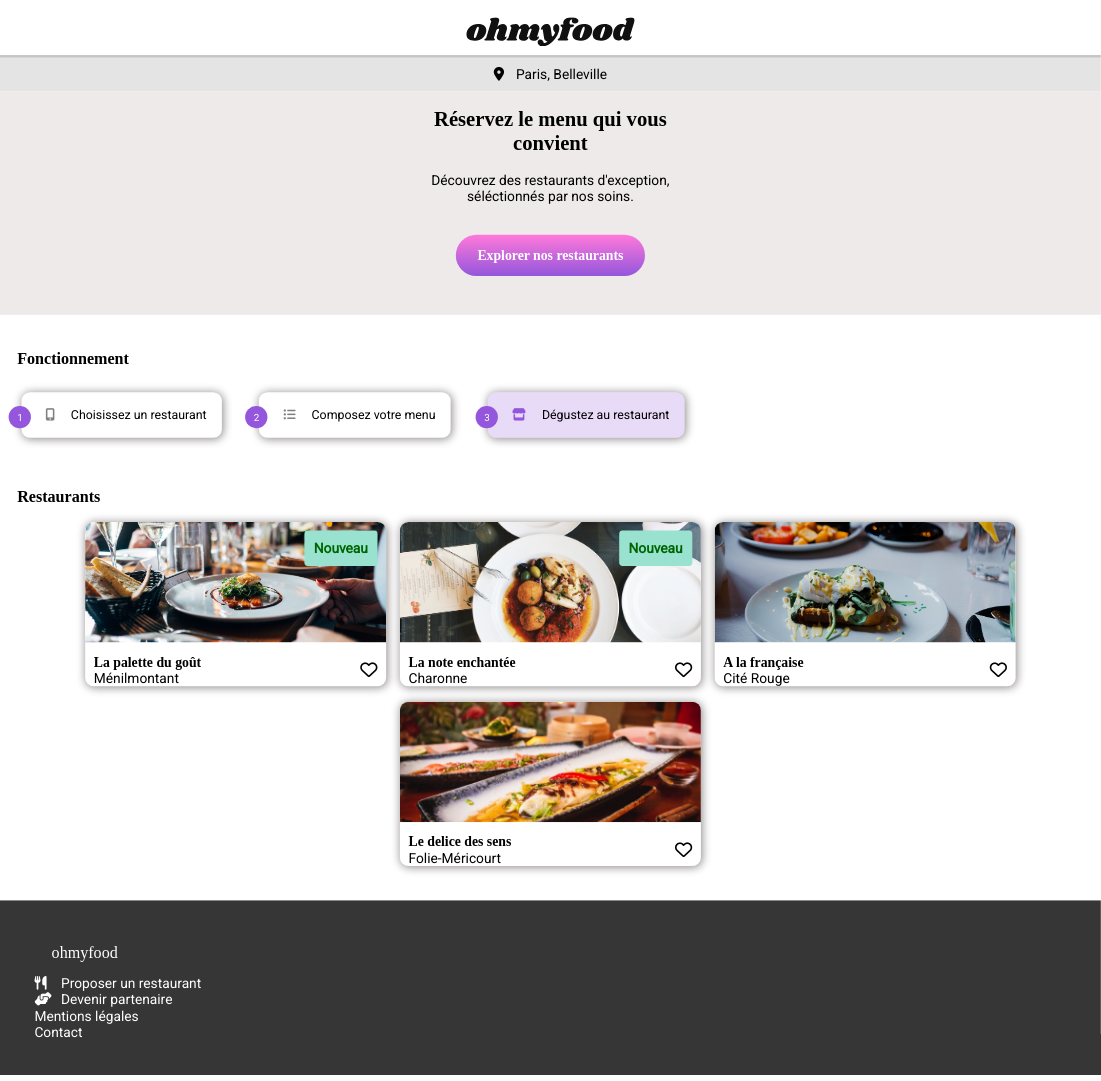
Repository: Micka-17/boimickael_3_16042021
Page: index.html
An editor plug-in stored every save of this project. The page is shown before and after the next save, followed by the edit.
The browser window is 1280 px wide. The pictures show the whole page, at 86% of full size.
Some web fonts or font styles are not loaded; a fallback is used. Some web libraries are served in a nearby version. The style sheet was rebuilt from its Sass, Less or Tailwind sources for each picture, by a compiler version that may differ from the author's.

Above is the page before, as saved 2021-05-25 09:08:03.

### index.html
<!DOCTYPE html>
<html lang="en">
<head>
    <meta charset="UTF-8">
    <meta http-equiv="X-UA-Compatible" content="IE=edge">
    <meta name="viewport" content="width=device-width, initial-scale=1.0">
    <link rel="stylesheet" href="css/style.css">
    <script src="https://kit.fontawesome.com/7f2b024bdc.js" crossorigin="anonymous"></script>
    <title>OhMyFood</title>
</head>
<body>
    <div id="backgroundloader">
        <div id="loader">
        </div>
    </div>
    <header>
        <div id="logo">
            <img src="images/logo/ohmyfood@2x.svg" alt="OhMyFood">
        </div>
    </header>
    <section id="sec-1">
        <div id="top">
            <div id="paris">
                <p><i class="fas fa-map-marker-alt icon"></i> Paris, Belleville</p>
            </div>
            <div id="reservation">
                <h2 id="center-top1">Réservez le menu qui vous convient</h2>
                <p id="center-top2">Découvrez des restaurants d'exception, séléctionnés par nos soins.</p>
                <a id="btn" href="#sec-3">Explorer nos restaurants</a>
            </div>
        </div>
    </section>
    <section id="sec-2">
        <div class="fonctionnement">
            <h3 class="h3s">Fonctionnement</h3>
            <ul class="bolder">
                <li><p id="number1">1</p><i class="fas fa-mobile-alt icon-top"></i> Choisissez un restaurant</li>
                <li><p id="number2">2</p><i class="fas fa-list-ul icon-top"></i> Composez votre menu</li>
                <li id="li-3"><p id="number3">3</p><i class="fas fa-store icon-top-purple"></i> Dégustez au restaurant</li>
            </ul>
        </div>
    </section>
    <section id="sec-3">
        <h3 class="h3s">Restaurants</h3>
        <div class="choice">
            <a href="pages/la_palette_du_gout.html">
            <div class="card">
                <p class="nouveau">Nouveau</p>
                <img id="new" class="imga" src="images/restaurants/la_palette_du_gout.jpg" alt="la_palette_du_gout">
                <div class="resto">
                    <div>
                        <h4>La palette du goût</h4>
                        <p>Ménilmontant</p>
                    </div>
                    <div class="loveclcik">
                        <i class="far fa-heart love fa-lg"></i>
                        <i class="fas fa-heart loves3"></i>
                    </div>
                </div>
            </div>
            </a>
            <a href="pages/la_note_enchantee.html">
            <div class="card">
                <p class="nouveau">Nouveau</p>
                <img class="imga" src="images/restaurants/la_note_enchantee.jpg" alt="la_note_enchantee">
                <div class="resto">
                    <div>
                        <h4>La note enchantée</h4>
                        <p>Charonne</p>
                    </div>
                    <div class="loveclcik">
                        <i class="far fa-heart love fa-lg"></i>
                        <i class="fas fa-heart loves3"></i>
                    </div>
                </div>
            </div>
            </a>
            <a href="pages/a_la_francaise.html">
            <div class="card">
                <img class="imga" src="images/restaurants/a_la_française.jpg" alt="a_la_française">
                <div class="resto">
                    <div>
                        <h4>A la française</h4>
                        <p>Cité Rouge</p>
                    </div>
                    <div class="loveclcik">
                        <i class="far fa-heart love fa-lg"></i>
                        <i class="fas fa-heart loves3"></i>
                    </div>
                </div>
            </div>
            </a>
            <a href="pages/le_delice_des_sens.html">
            <div class="card">
                <img class="imga" src="images/restaurants/le_delice_des_sens.jpg" alt="le_delice_des_sens">
                <div class="resto">
                    <div>
                        <h4>Le delice des sens</h4>
                        <p>Folie-Méricourt</p>
                    </div>
                    <div class="loveclcik">
                        <i class="far fa-heart love fa-lg"></i>
                        <i class="fas fa-heart loves3"></i>
                    </div>
                </div>
            </div>
            </a>
        </div>
    </section>
    <section id="end">
        <footer>
            <div class="end-ul">
                <h3 id="logo-white">ohmyfood</h3>
                <div>
                    <p><i class="fas fa-utensils icon-footer"></i> Proposer un restaurant</p>
                    <p><i class="fas fa-hands-helping icon-footer"></i> Devenir partenaire</p>
                    <p>Mentions légales</p>
                    <a id="contact" href="mailto:contact@ohmyfood.com"><p>Contact</p></a>
                </div>
            </div>
        </footer>
    </section>
</body>
</html>

### sass/style.scss
@import "./directories/Utils/variables-mixin";
@import "./directories/Base/main.scss";



ul {
    font-family: 'Roboto', sans-serif;
    font-size: 0.9em;
    @media (min-width: 430px) {
        max-width: 450px;
    }
        @media (min-width: 1000px) {
            display: flex;
            min-width: 100%;
        }
}

#backgroundloader {
    position: absolute;
    top: 0;
    left: 0;
    background-color: $color3;
    min-width: 100%;
    height: 100vh;
    animation: loader2 5s;
    animation-fill-mode: both;
  }
#loader {
    position: absolute;
    height: 70px;
    top: 50%;
    right: 50%;
    bottom: 50%;
    left: 50%;
    width: 64px;
    height: 64px;
    border-radius: 50%;
    border: 6px solid rgb(255, 255, 255);
    border-color: $color1 transparent $color2 transparent;
    animation: lds-dual-ring 0.8s infinite, loader 5s;
    animation-delay: 0.2s;
    animation-fill-mode: both;
  }

#contact {
    color: white;
}

.spacediv p {
    font-family: 'Roboto', sans-serif;
    text-overflow: ellipsis;
    overflow: hidden;
    white-space: nowrap;
}

#logo {
    display: flex;
    justify-content: center;
    margin-top: 20px;
    margin-bottom: 10px;
}

#paris {
    display: flex;
    justify-content: center;
    border-top: solid 3px rgba(128, 128, 128, 0.301);
    min-width: 321px;
    padding-top: 10px;
    padding-bottom: 10px;
    background-color: rgba(128, 128, 128, 0.212);
        .icon {
            margin-right: 10px;
        }
}

#reservation {
    display: flex;
    justify-content: center;
    flex-direction: column;
    place-items: center;
    background-color: rgb(238, 234, 234);
    padding-bottom: 45px;
        #btn {
            @include btn();
                &:hover {
                    filter: brightness(1.10);
                    box-shadow: 0px 0px 10px 5px gray;
                }
        }
}

#center-top1 {
    text-align: center;
    margin-top: 20px;
    max-width: 350px;
}

#center-top2 {
    margin-top: 20px;
    margin-bottom: 20px;
    text-align: center;
    max-width: 350px;
}


.icon-top {
    color: gray;
    margin-right: 15px;
    margin-left: 10px;
}

.icon-top-purple {
    color: $color1;
    margin-right: 15px;
    margin-left: 10px;
}

#li-3 {
    background-color: #9256dc36;
}

li {
    background-color: #ffffff;
    border-radius: 10px;
    padding: 18px;
    margin: 18px;
    margin-left: 25px;
    box-shadow: 1px 1px 10px 1px rgb(151, 145, 145);
        #number1 {
            position: absolute;
            top: 462px;
            left: 10px;
            background-color: $color1;
            border-radius: 50px;
            padding: 6px 10px;
            font-size: 0.8em;
            color: white;
                @media (min-width: 1000px) {
                    top: 472px;
                    left: 10px;
                }
        }
            #number2 {
                position: absolute;
                top: 534px;
                left: 10px;
                background-color: $color1;
                border-radius: 50px;
                padding: 6px 10px;
                font-size: 0.8em;
                color: white;
                    @media (min-width: 1000px) {
                        top: 472px;
                        left: 285px;
                    }
            }
                #number3 {
                    position: absolute;
                    top: 607px;
                    left: 10px;
                    background-color: $color1;
                    border-radius: 50px;
                    padding: 6px 10px;
                    font-size: 0.8em;
                    color: white;
                        @media (min-width: 1000px) {
                            top: 472px;
                            left: 553px;
                        }
                }
}

.card {
    background-color: #ffffff;
    border-radius: 10px;
    padding: 0px;
    margin: 8px;
    box-shadow: 1px 1px 10px 1px rgb(151, 145, 145);
        @media (min-width: 375px) {
            min-width: 350px;
        }
}

.imga {
    object-fit: cover;
    border-radius: 10px 10px 0px 0px;
    min-width: 280px;
    max-height: 140px;
    min-height: 140px;
    @media (min-width: 375px) {
        min-width: 100%;
    }
    @media (min-width: 414px) {
        min-width: 100%;
    }
}
.card {
    position: relative;
}
.nouveau {
    position: absolute;
    padding: 0.7rem;
    border-radius: 0.25rem;
    color: darkgreen;
    font-weight: bold;
    right: 10px;
    top: 10px;
    background-color: #99e2d0;
}

.h3s {
    margin: 40px 0px 10px 20px;

}

.choice {
    display: flex;
    flex-direction: column;
    place-items: center;
        .resto {
            display: flex;
            justify-content: space-between;
            align-items: center;
            margin: 10px;
        }
            @media (min-width: 630px) {
                flex-wrap: wrap;
                flex-direction: row;
                justify-content: center;
            }
}


footer {
    margin-top: 30px;
    padding: 10px;
    background-color: rgb(54, 54, 54);
    color: white;
        #logo-white {
            font-family: 'Shrikhand', cursive;
            font-weight: 300;
            margin-bottom: 15px;
            margin-left: 20px;
            margin-top: 10px;
        }
            li {
                background-color: transparent;
                border-radius: 0;
                padding: 5px;
                margin-left: 20px;
                box-shadow: none;
                display: flex;
                margin-top: 5px;
                margin-bottom: 5px;
            }
                .icon-footer {
                    max-width: 2px;
                    max-height: 2px;
                    margin-right: 25px;
                }
                    @media (min-width:1000px) {
                        padding: 40px;
                    }
}


//pages 2

.img-top {
    min-width: 100%;
    max-height: 510px;
}

.arrow {
    position: absolute;
    left: 20px;
    top: 30px;
    color: rgba(0, 0, 0, 0.801);
}
#margtitle {
    margin-left: 15px;
    max-width: 220px;
}
img {
    object-fit: cover;
    max-width: 320px;
}
.titlemargall {
    margin-top: 30px;
    margin-left: 15px;
    border-bottom: solid rgba(55, 224, 55, 0.541);
    max-width: 30px;
}
#middle {
    position: absolute;
    top: 240px;
    min-width: 100%;
    min-height: 980px;
    background-color: rgb(231, 229, 229);
    border-radius: 20px 20px 0px 0;
    padding-top: 30px;
     .entrees {
        @include centre();
        @include capsule();
     }
        .bold {
            font-weight: bold;
            font-size: 1em;
        }
        .bolder {
            font-weight: bold;
            font-size: 0.6m;
                @media (min-width: 1000px) {
                    margin: 15px;
                }
        }
            p {
                font-size: 0.7em;
            }
                .loves1 {
                    position: absolute;
                    right: 15px;
                    color: gray
                }
}

.loves2 {
    display: none;
    opacity: 0;
    background: linear-gradient(0deg,#9356dc,#ff79da);
    background-clip: text;
    -webkit-background-clip: text;
    -moz-background-clip: text;
    -webkit-text-fill-color: transparent;
    position: absolute;
    right: 15px;
}
#margtitle:hover .loves2 {
    animation: fadeout;
    opacity: 1;
    animation-duration: .5s;
    display: inline-block;
    justify-content: center;
}

.loves3 {
    display: none;
    opacity: 0;
    background: linear-gradient(0deg,#9356dc,#ff79da);
    background-clip: text;
    -webkit-background-clip: text;
    -moz-background-clip: text;
    -webkit-text-fill-color: transparent;
    position: absolute;
    right: 8px;
    bottom: 18px;
}
.loveclcik:hover .loves3 {
    animation: fadeout2;
    opacity: 1;
    animation-duration: .5s;
    display: inline-block;
    justify-content: center;
    font-size: 1.5em;
}

#entrees {
    animation: slideup 1s;
    animation-duration: 1s;
}
#plats {
    animation: slideup 1s;
    animation-duration: 5s;
}
#desserts {
    animation: slideup 1s;
    animation-duration: 8s;
}


.entrees, .plats, .desserts {
    cursor: pointer;
        @media (max-width:321px) {
            width: 300px;
        }
        @media (max-width:378px) {
            max-width: 100%;
        }
        @media (max-width:414px) {
            max-width: 100%;
        }
        @media (min-width: 1000px) {
            min-width: 30%;
            min-height: 90px;
            width: 100%;
        }
}

.spacediv {
    width: 100%;
    overflow: hidden;
    @include spacediv();
        @media (min-width: 1000px) {
            justify-content: space-evenly;
        }
}
.plats {
    @include capsule();
    @include centre();
}
.desserts {
    @include capsule();
    @include centre();
}

.responsive {
    @media (min-width: 1000px) {
        display: flex;
        justify-content: center;
    }
}

.responsive-entrees {
    @media (min-width: 1000px) {
        display: flex;
        justify-content: center;
        flex-wrap: wrap;
    }
}

#btnp2 {
    @include btn();
    margin-top: 40px;
        &:hover {
            filter: brightness(1.10);
            box-shadow: 0px 0px 10px 5px gray;
        }
         @media (min-width: 1000px) {
            margin-top: 150px;
         }
}

#placement-btn {
    display: flex;
    justify-content: center;
    place-items: center;
}

.end1 {
    position: absolute;
    top: 1151px;
    min-width: 100%;
}

#end {
    margin-bottom: 8px;
}

//page la note enchantee

 .align-price{
    display: flex;
    align-items: flex-end;
    margin-bottom: 8px;
    margin-right: 8px;
}

.check {
    width: 0px;
    transition-duration: 1s;
    font-size: 1.5em;
     & i {
        display: none;
        place-items: center;
        color: white;
     }
}

.entrees:hover .check {
    width: 90px;
    height: 51px;
    background-color: $color3;
    display: flex;
    justify-content: center;
    border-radius: 0 20% 20% 0;
        @media (max-width: 1000px) {
            width: 65px;
        }
            & .rotation {
                display: flex;
                place-items: center;
            }
                & .rond {
                    display: flex;
                    place-items: center;
                    transform-origin: center;
                    animation: spin;
                    animation-duration: 1s;
                }
                    @media (min-width: 1000px) {
                        height: 90px;
                        border-radius: 0 10% 10% 0;
                    }
}


.plats:hover .check {
    width: 90px;
    height: 51px;
    background-color: $color3;
    display: flex;
    justify-content: center;
    border-radius: 0 20% 20% 0;
        @media (max-width: 1000px) {
            width: 65px;
        }
            & .rotation {
                display: flex;
                place-items: center;
            }
                & .rond {
                    display: flex;
                    place-items: center;
                    transform-origin: center;
                    animation: spin;
                    animation-duration: 1s;
                }
                    @media (min-width: 1000px) {
                        height: 90px;
                        border-radius: 0 10% 10% 0;
                    }
}

.desserts:hover .check {
    width: 90px;
    height: 51px;
    background-color: $color3;
    display: flex;
    justify-content: center;
    border-radius: 0 20% 20% 0;
        @media (max-width: 1000px) {
            width: 65px;
        }
            & .rotation {
                display: flex;
                place-items: center;
            }
                & .rond {
                    display: flex;
                    place-items: center;
                    transform-origin: center;
                    animation: spin;
                    animation-duration: 1s;
                }
                    @media (min-width: 1000px) {
                        height: 90px;
                        border-radius: 0 10% 10% 0;
                    }
}

### sass/directories/Utils/_variables-mixin.scss
$color1: #9356DC;
$color2: #FF79DA;
$color3: #99E2D0;

@mixin centre {
    display: flex;
    justify-content: space-between;
}

@mixin capsule {
    background-color: whitesmoke;
    border-radius: 10px;
    box-shadow: 1px 1px 10px 1px rgb(226, 226, 226);
    margin: 10px;
    overflow: hidden;
}
 @mixin spacediv {
    min-height: 35px;
    display: flex;
    flex-direction: column;
    justify-content: space-between;
    padding: 8px;
 }
@mixin btn {
    background: linear-gradient($color2, $color1);
    border-radius: 50px;
    border: none;
    box-shadow: gray;
    color: white;
    font-weight: bold;
    max-width: 200px;
    min-width: 200px;
    margin-top: 15px;
    padding: 15px 10px;
    text-align: center;
    text-decoration: none
}

@keyframes fadein {
    from {
        transform: scaleX(0);
    }

    to {
        transform: scaleX(1);
    }
}

@keyframes fadeout {
    from {
        transform: scaleY(0);
    }

    to {
        transform: scaleY(1);
    }
}
@keyframes fadeout2 {
    from {
        transform: scale(0);
    }

    to {
        transform: scale(1.5);
    }
}

@keyframes spin {
    from {
        transform: rotate(0deg);
    } to {
        transform: rotate(360deg);
    }
}

@keyframes slideup {
    from {
        transform: translateY(50px);
        opacity: 0;
    }
    to {
        transform: translateY(0px);
        opacity: 1;
    }
}


 @keyframes lds-dual-ring {
    0% {
      transform: rotate(0deg);
    }
    50% {
        transform: rotate(180deg);
        opacity: 10%;
      }
    100% {
      transform: rotate(360deg);
    }
  }

@keyframes loader {
    0% {
    opacity: 100%;
    }
    99% {
        opacity: 100%;
    }
    100% {
        opacity: 100%;
        z-index: -1000;
    }
}

@keyframes loader2 {
    0% {
    opacity: 100%;
    z-index: 9999;
    }
    99% {
        opacity: 0;
        z-index: -1000;
    }
    100% {
        opacity: 0;
        z-index: -1000;
    }
}

### sass/directories/Base/main.scss
@import url('https://fonts.googleapis.com/css2?family=Roboto&family=Shrikhand&display=swap');

* {
    margin: 0;
    padding: 0;
    text-decoration: none;
    list-style-type: none;
}
#margtitle {
    font-family: Shrikhand;
    font-weight: 100;
    font-size: 1.2em;
}
p {
    font-family: 'Roboto', sans-serif;
}
a {
    text-decoration: none;
    list-style: none;
    color: rgb(0, 0, 0);
}

After the next save:
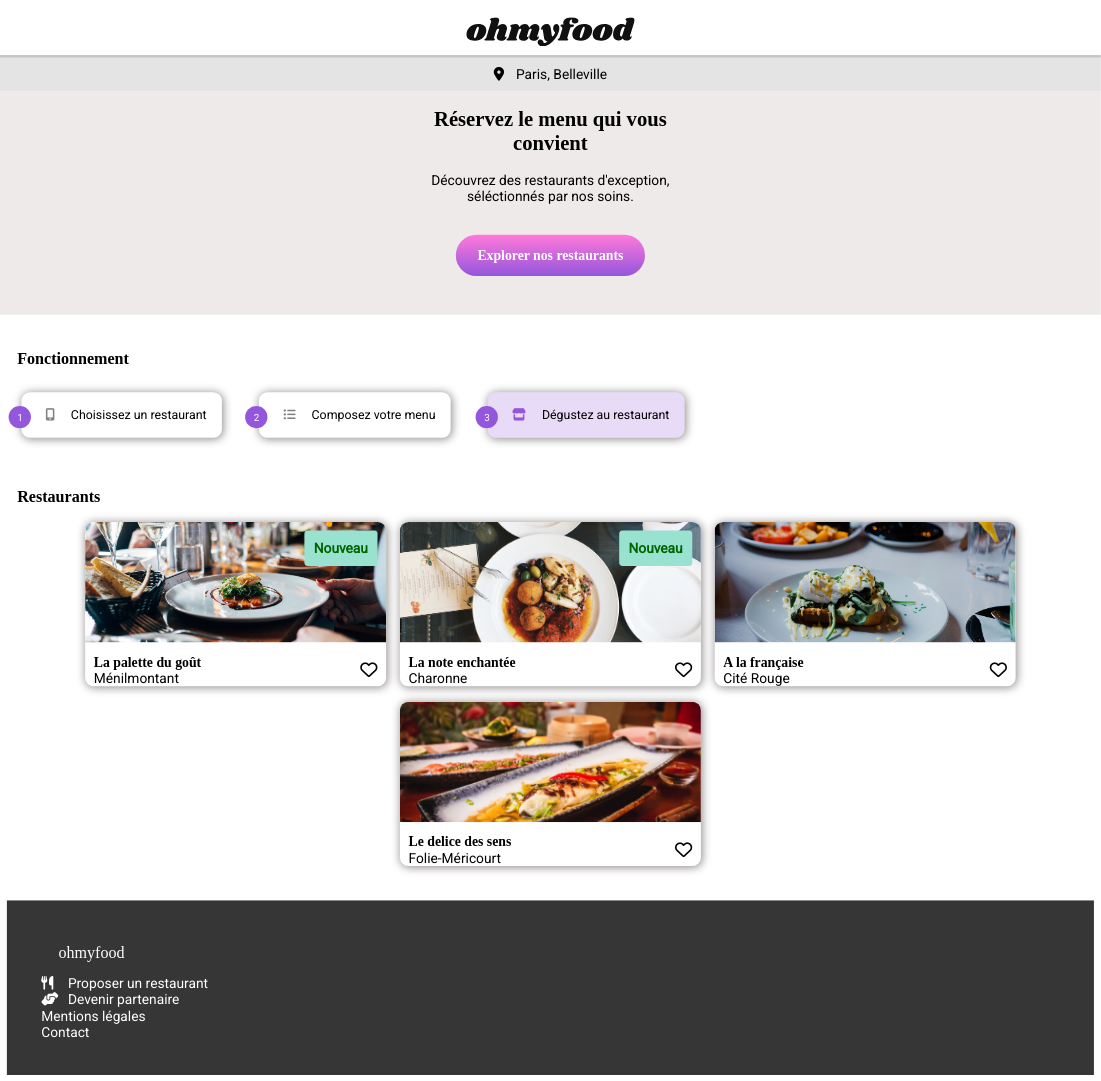
Saved 15 s later.
--- a/sass/style.scss
+++ b/sass/style.scss
@@ -453,7 +453,7 @@ img {
 }
 
 #end {
-    margin-bottom: 8px;
+    margin: 8px;
 }
 
 //page la note enchantee
